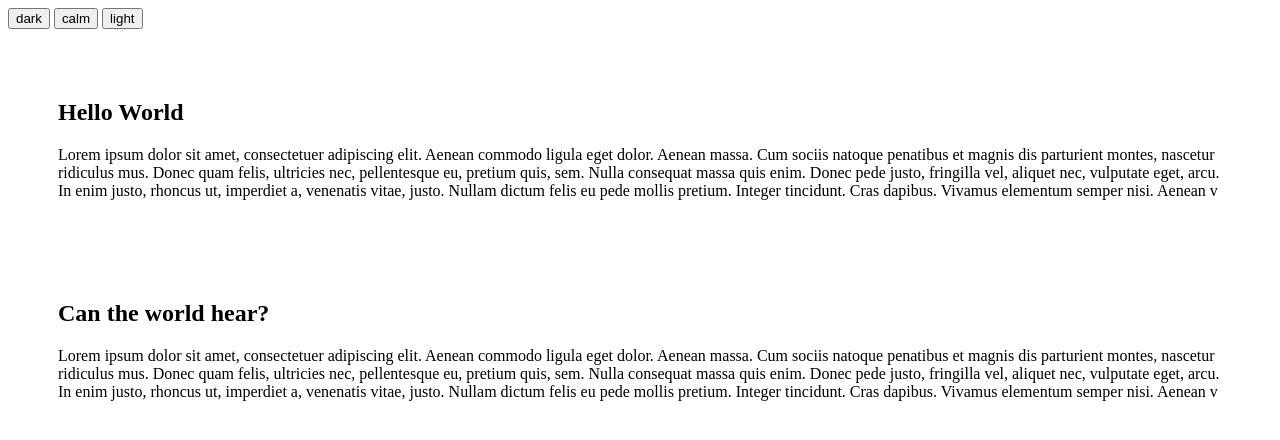
Repository: chaiyilin/css
Page: src/css-variable/03-building-the-css-variable-booth/index.html
The author's editor kept a copy of each file at every save. The page is drawn from the files as they stood at one save, then again after the next save.
The browser window is 1280 px wide. The pictures show the whole page.

Above is the page before, as saved 2018-03-18 00:04:40.

After the next save:
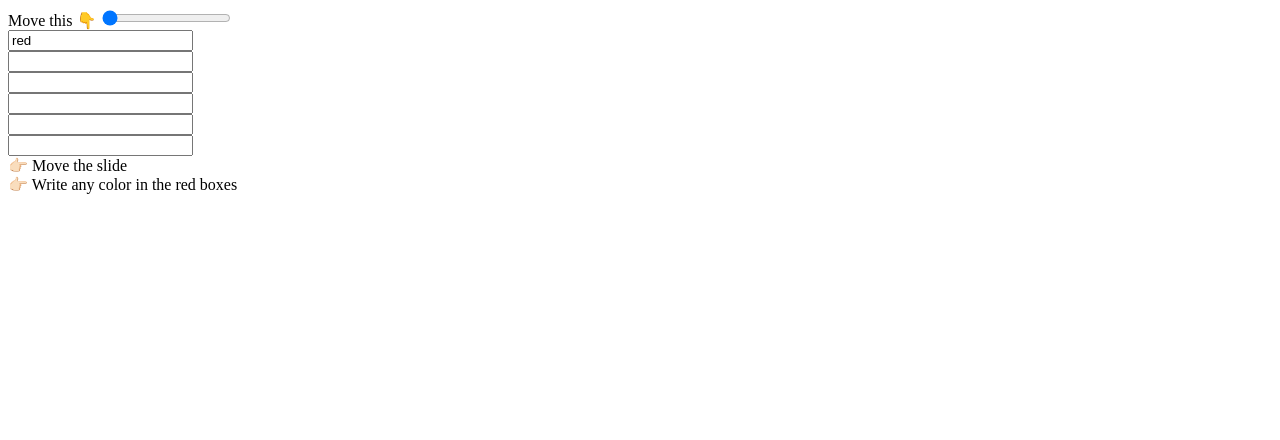
Saved 61 s later.
--- a/src/css-variable/03-building-the-css-variable-booth/index.html
+++ b/src/css-variable/03-building-the-css-variable-booth/index.html
@@ -8,27 +8,38 @@
 </head>
 
 <body>
-    <div class="theme">
-        <button value="dark">dark</button>
-        <button value="calm">calm</button>
-        <button value="light">light</button>
-    </div>
+    <main class="booth">
+        <aside class="slider">
+            <label>Move this 👇 </label>
+            <input class="booth-slider" type="range" min="-50" max="50" value="-50" step="5" />
+        </aside>
 
-    <article>
-        <h1>Hello World</h1>
-        Lorem ipsum dolor sit amet, consectetuer adipiscing elit. Aenean commodo ligula eget dolor. Aenean massa. Cum sociis natoque
-        penatibus et magnis dis parturient montes, nascetur ridiculus mus. Donec quam felis, ultricies nec, pellentesque
-        eu, pretium quis, sem. Nulla consequat massa quis enim. Donec pede justo, fringilla vel, aliquet nec, vulputate eget,
-        arcu. In enim justo, rhoncus ut, imperdiet a, venenatis vitae, justo. Nullam dictum felis eu pede mollis pretium.
-        Integer tincidunt. Cras dapibus. Vivamus elementum semper nisi. Aenean v
+        <section class="color-boxes">
+            <div class="color-box" id="1">
+                <input value="red" />
+            </div>
+            <div class="color-box" id="2">
+                <input/>
+            </div>
+            <div class="color-box" id="3">
+                <input/>
+            </div>
+            <div class="color-box" id="4">
+                <input/>
+            </div>
+            <div class="color-box" id="5">
+                <input/>
+            </div>
+            <div class="color-box" id="6">
+                <input/>
+            </div>
+        </section>
 
-        <h2>Can the world hear?</h2>
-        Lorem ipsum dolor sit amet, consectetuer adipiscing elit. Aenean commodo ligula eget dolor. Aenean massa. Cum sociis natoque
-        penatibus et magnis dis parturient montes, nascetur ridiculus mus. Donec quam felis, ultricies nec, pellentesque
-        eu, pretium quis, sem. Nulla consequat massa quis enim. Donec pede justo, fringilla vel, aliquet nec, vulputate eget,
-        arcu. In enim justo, rhoncus ut, imperdiet a, venenatis vitae, justo. Nullam dictum felis eu pede mollis pretium.
-        Integer tincidunt. Cras dapibus. Vivamus elementum semper nisi. Aenean v
-    </article>
+        <footer class="instructions">
+            👉🏻 Move the slide
+            <br/> 👉🏻 Write any color in the red boxes
+        </footer>
+    </main>
 
     <script src="index.js"></script>
 </body>
